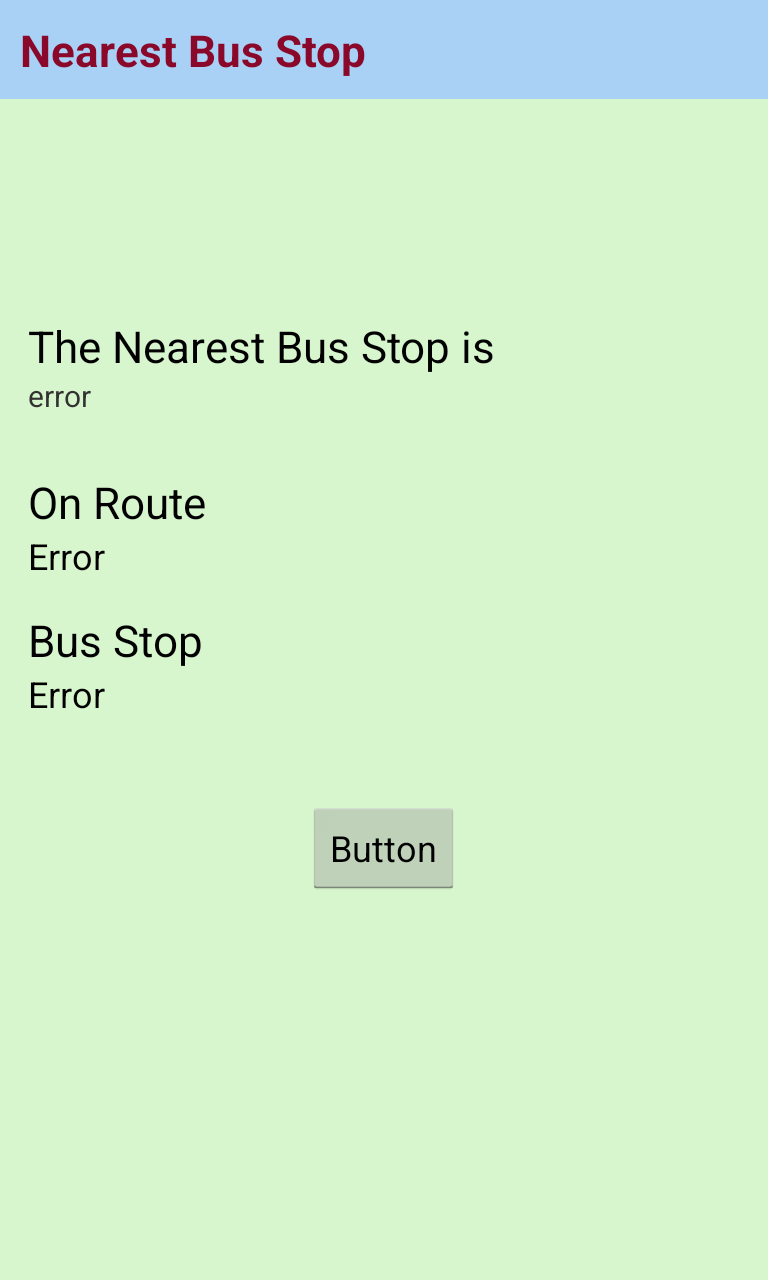
Repository: patheon17/myrepo2
Layout: workspace/UMBusTracking/res/layout/activity_nearest_stop.xml
These files come from the project's save history. The layout is drawn as it stood at one moment and after the next save; the edit follows.
It is drawn on a 768 x 1280 px phone screen (xhdpi) without system bars, with theme AppTheme; the app's code is not run.

Above is the layout before, as saved 2013-10-04 05:58:31.

After the next save:
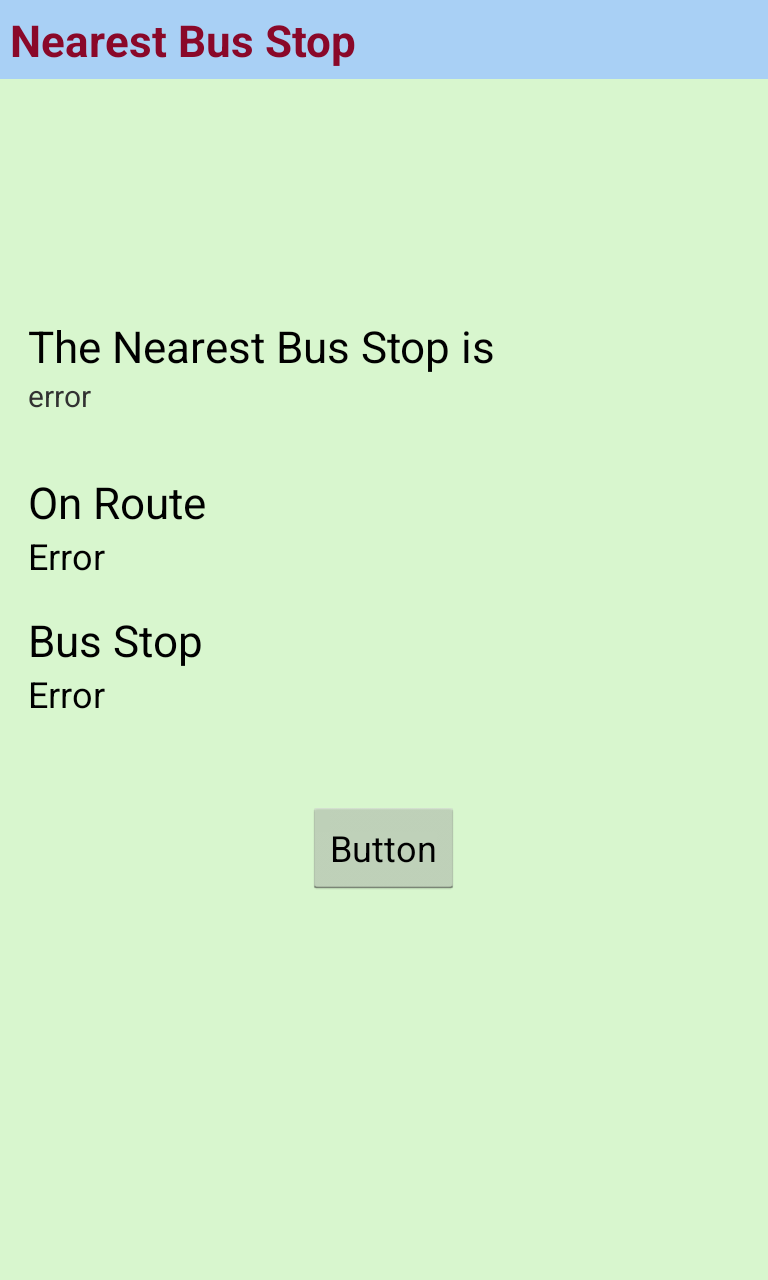
Saved 20 s later.
--- a/workspace/UMBusTracking/res/layout/activity_nearest_stop.xml
+++ b/workspace/UMBusTracking/res/layout/activity_nearest_stop.xml
@@ -20,7 +20,7 @@
         android:layout_height="wrap_content"
         android:layout_alignParentTop="true"
         android:background="@color/background_lime"
-        android:padding="10sp"
+        android:padding="5sp"
         android:text="Nearest Bus Stop"
         android:textAppearance="?android:attr/textAppearanceLarge"
         android:textColor="#8A0829"

After the save that followed:
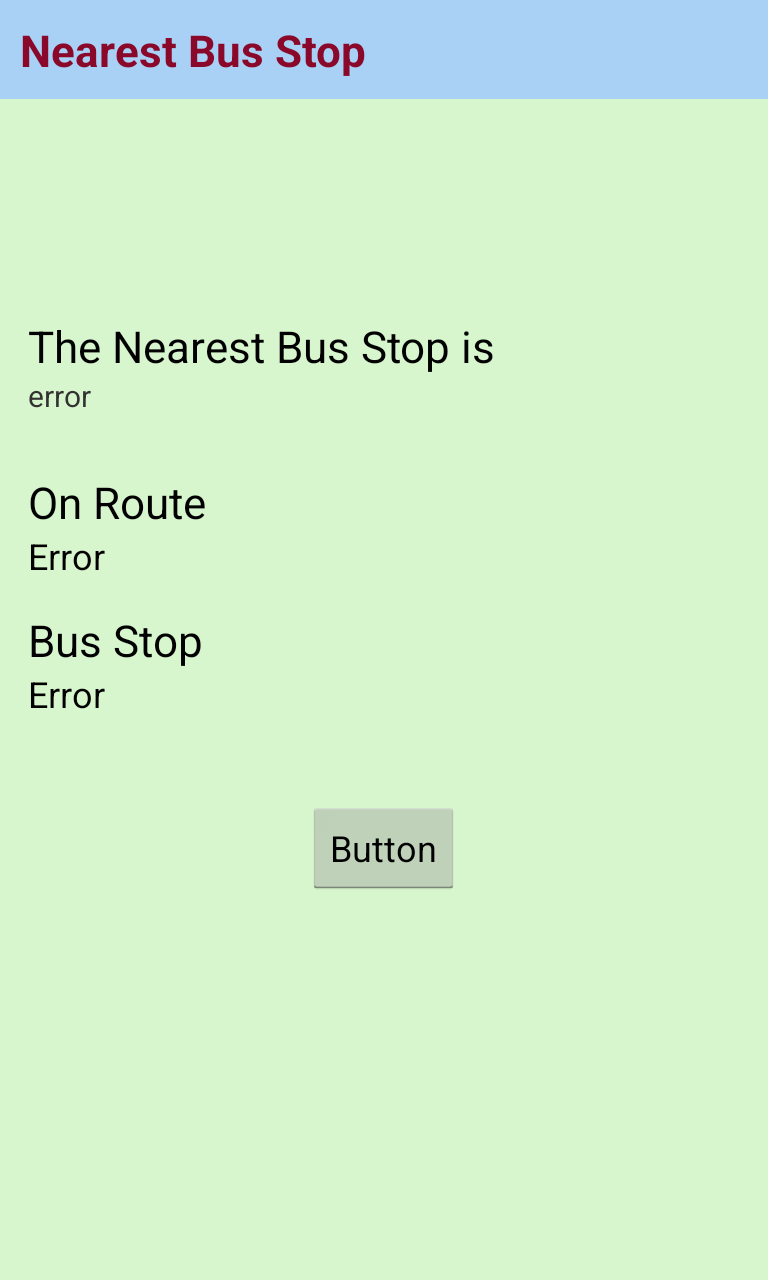
Saved 25 s later.
--- a/workspace/UMBusTracking/res/layout/activity_nearest_stop.xml
+++ b/workspace/UMBusTracking/res/layout/activity_nearest_stop.xml
@@ -20,7 +20,7 @@
         android:layout_height="wrap_content"
         android:layout_alignParentTop="true"
         android:background="@color/background_lime"
-        android:padding="5sp"
+        android:padding="10sp"
         android:text="Nearest Bus Stop"
         android:textAppearance="?android:attr/textAppearanceLarge"
         android:textColor="#8A0829"
